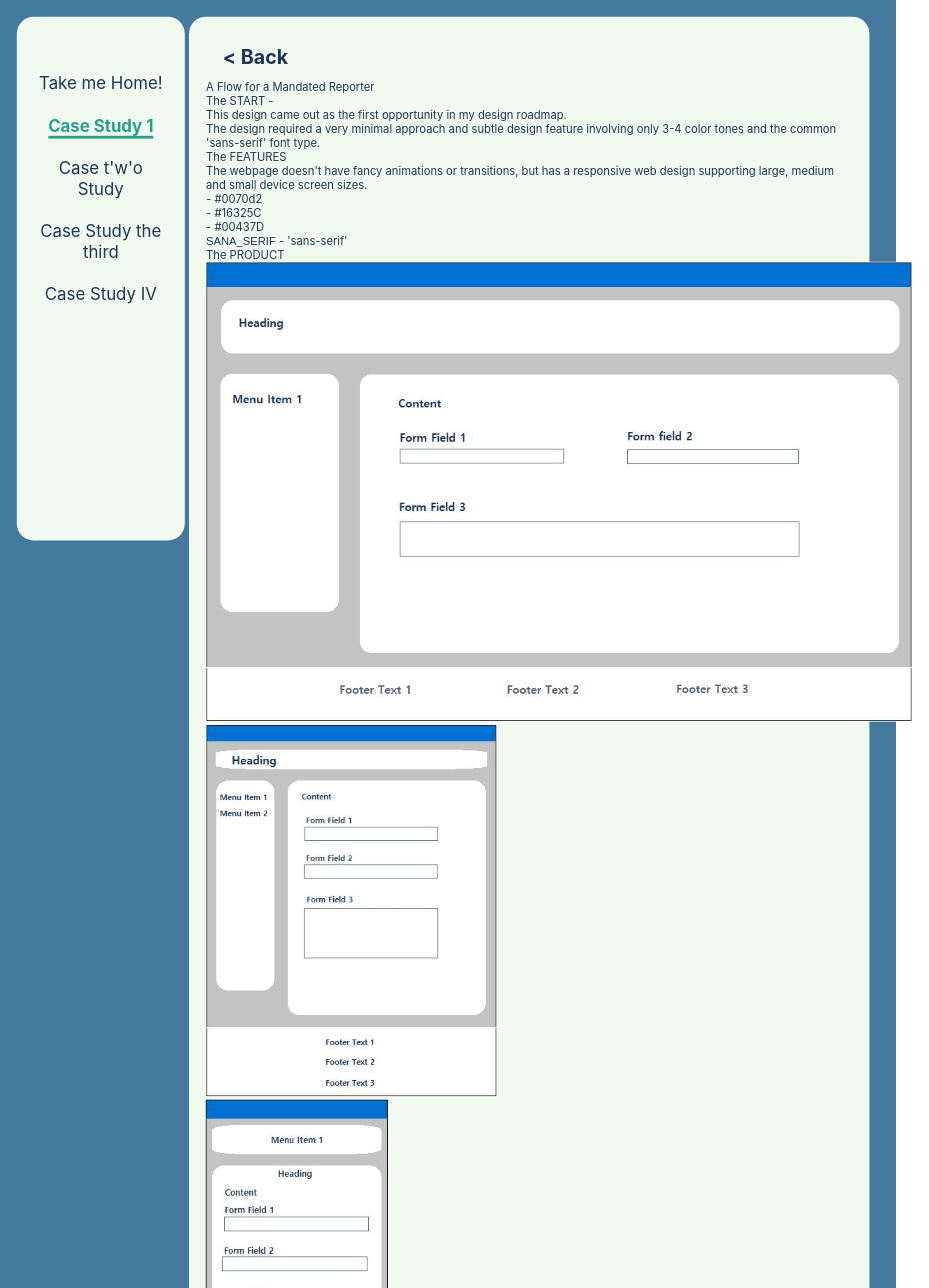
Repository: niranjangp/portfolioReact
Page: /cs-one
These files come from the project's save history. The page is drawn as it stood at one moment and after the next save; the edit follows.
The browser window is 1280 px wide. The page is 1303 px wide, then 1327 px, so the pictures cover 1327 px, including what lies to the right of the window. The pictures show the part of the page from y = 0 to 1840 px (the page is 2384 px tall before and 2744 px after), at 70% of full size.
The project was rebuilt for these pictures with package versions that can differ from the ones it lists, and the page was loaded fresh each time. Also part of the build but not shown: src/pages/enterDesign.jsx, src/pages/notFound.jsx.

Above is the page before, as saved 2022-02-01 03:47:47.

After the next save:
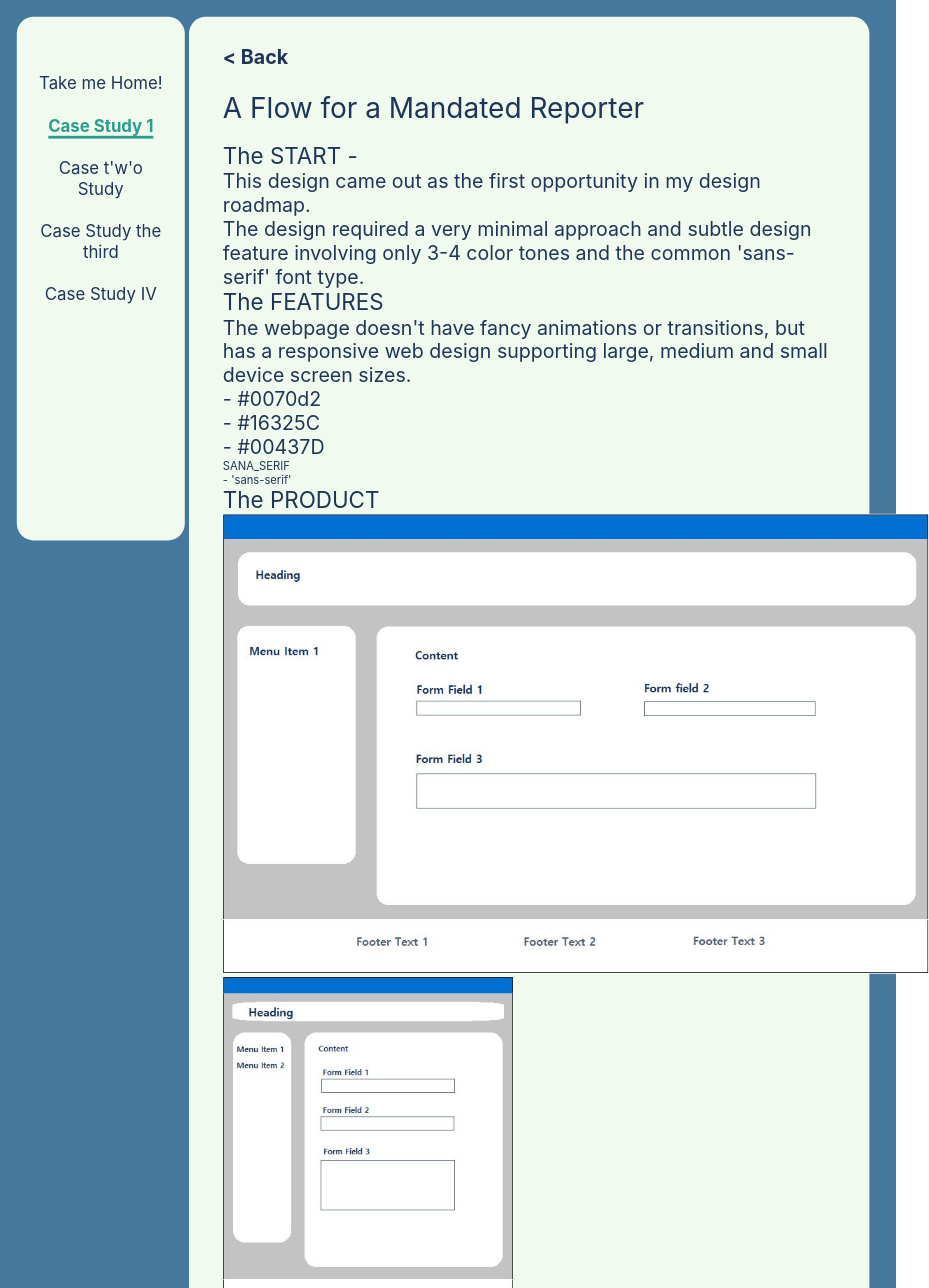
Saved 13 s later.
--- a/src/pages/csOne.jsx
+++ b/src/pages/csOne.jsx
@@ -8,23 +8,23 @@ const csOne = () => {
   return (
     <div className='csOne'>
       <div className="backLink"><Link to="/enter-the-design">{'< Back'}</Link></div>
-      <div>A Flow for a Mandated Reporter</div>
-      <div>
+      <div className='csOneHeader'>A Flow for a Mandated Reporter</div>
+      <div className='csOneBody'>
         <div>
-        <p>The START -</p>
-        <p>This design came out as the first opportunity in my design roadmap.</p>
-        <p>The design required a very minimal approach and subtle design feature involving only 3-4 color tones and the common 'sans-serif' font type.</p>
+        <p className="csOneH">The START -</p>
+        <p className="csOneC">This design came out as the first opportunity in my design roadmap.</p>
+        <p className="csOneC">The design required a very minimal approach and subtle design feature involving only 3-4 color tones and the common 'sans-serif' font type.</p>
         </div>
         <div>
-          <p>The FEATURES</p>
-        <p>The webpage doesn't have fancy animations or transitions, but has a responsive web design supporting large, medium and small device screen sizes.</p>
-        <p><span className='fir'></span> - #0070d2</p>
-        <p><span className='sec'></span> - #16325C</p>
-        <p><span className='thi'></span> - #00437D</p>
-        <p class="fou"><span>SANA_SERIF</span> - 'sans-serif'</p>
+          <p className="csOneH">The FEATURES</p>
+        <p className="csOneC">The webpage doesn't have fancy animations or transitions, but has a responsive web design supporting large, medium and small device screen sizes.</p>
+        <p className="csOneC"><p className='fir'></p> - #0070d2</p>
+        <p className="csOneC"><p className='sec'></p> - #16325C</p>
+        <p className="csOneC"><p className='thi'></p> - #00437D</p>
+        <p class="fou"><p>SANA_SERIF</p> - 'sans-serif'</p>
         </div>
         <div>
-          <p>The PRODUCT</p>
+          <p className="csOneH">The PRODUCT</p>
           <div><img src={MrDesk} alt="mr-screen" className='mrDesk'/></div>
           <div><img src={MrTab} alt="mr-screen" className='mrTab'/></div>
           <div><img src={MrMob} alt="mr-screen" className='mrMob'/></div>
